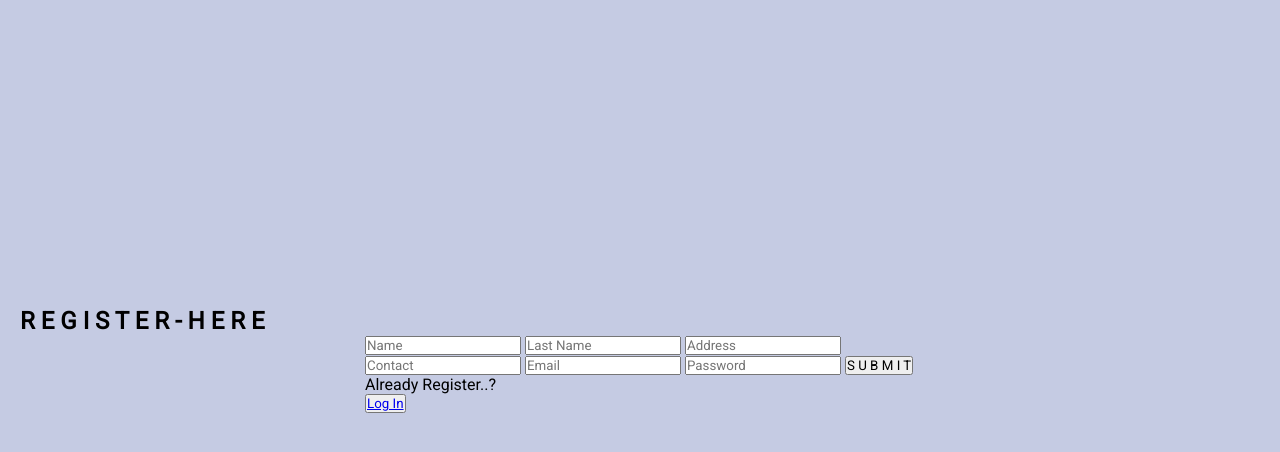
Repository: Krushna26nk/WebApplication
Page: http://localhost/Application/
These files come from the project's save history. The page is drawn as it stood at one moment and after the next save; the edit follows.
The browser window is 1280 px wide. The pictures show the whole page.
The page is served by Tomcat 9.

Above is the page before, as saved 2019-05-31 13:15:26.

After the next save:
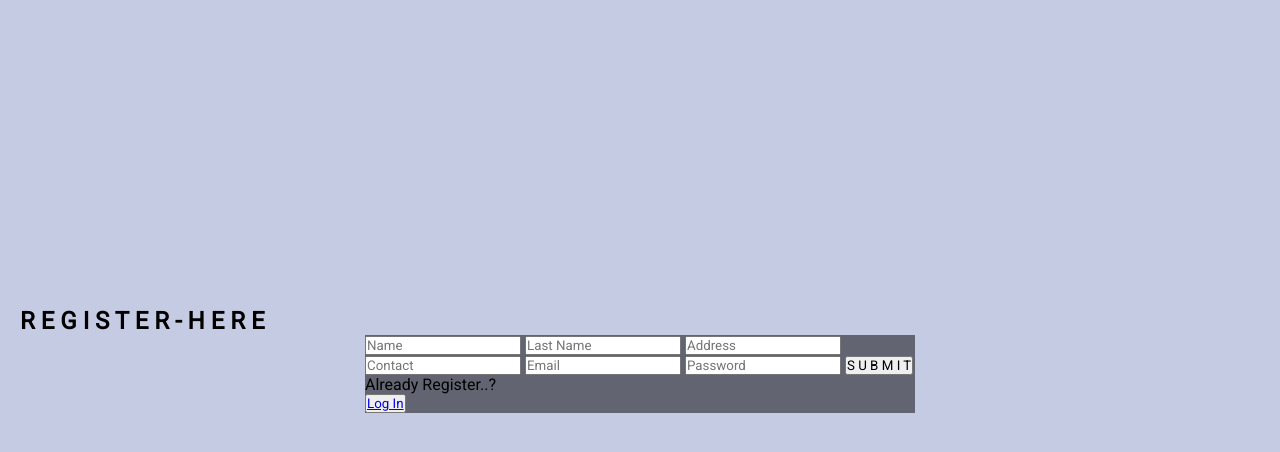
Saved 34 s later.
--- a/web/Application/WebContent/Style.css
+++ b/web/Application/WebContent/Style.css
@@ -22,4 +22,5 @@ body{
 .formDiv{
 	max-width:550px;
 	margin:0 auto;
+	background:rgba(0,0,0,0.5);
 }
